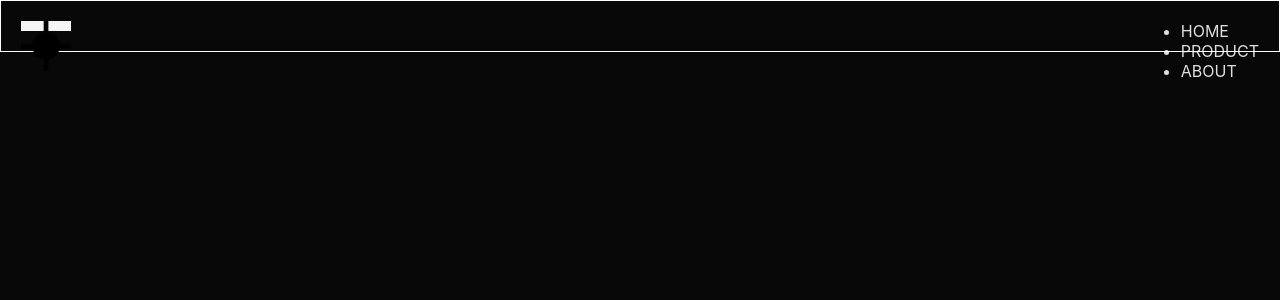
Repository: theoyoth/react-framer-motion-animation
Page: /
An editor plug-in stored every save of this project. The page is shown before and after the next save, followed by the edit.
The browser window is 1280 px wide. The pictures show the whole page.
The project was rebuilt for these pictures with package versions that can differ from the ones it lists, and the page was loaded fresh each time. Also part of the build but not shown: vite.config.js.

Above is the page before, as saved 2022-10-13 20:57:37.

After the next save:
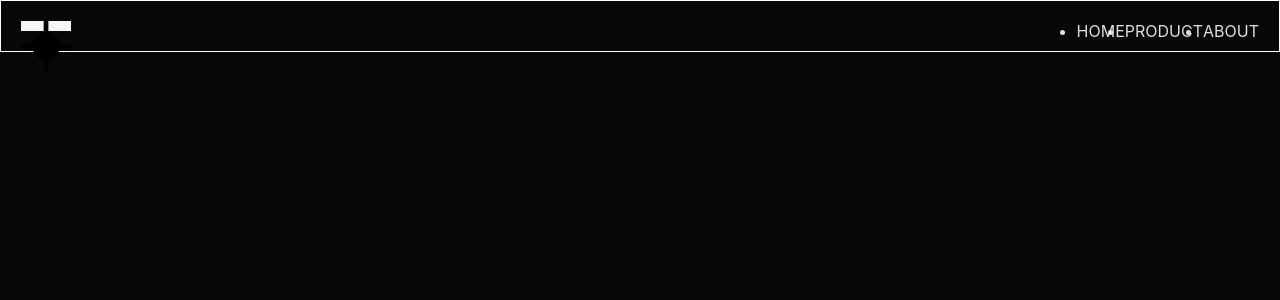
Saved 17 s later.
--- a/src/components/navbar.module.css
+++ b/src/components/navbar.module.css
@@ -16,3 +16,7 @@
 .logoImg{
   width:50px;
 }
+.navMenu{
+  display: flex;
+
+}
